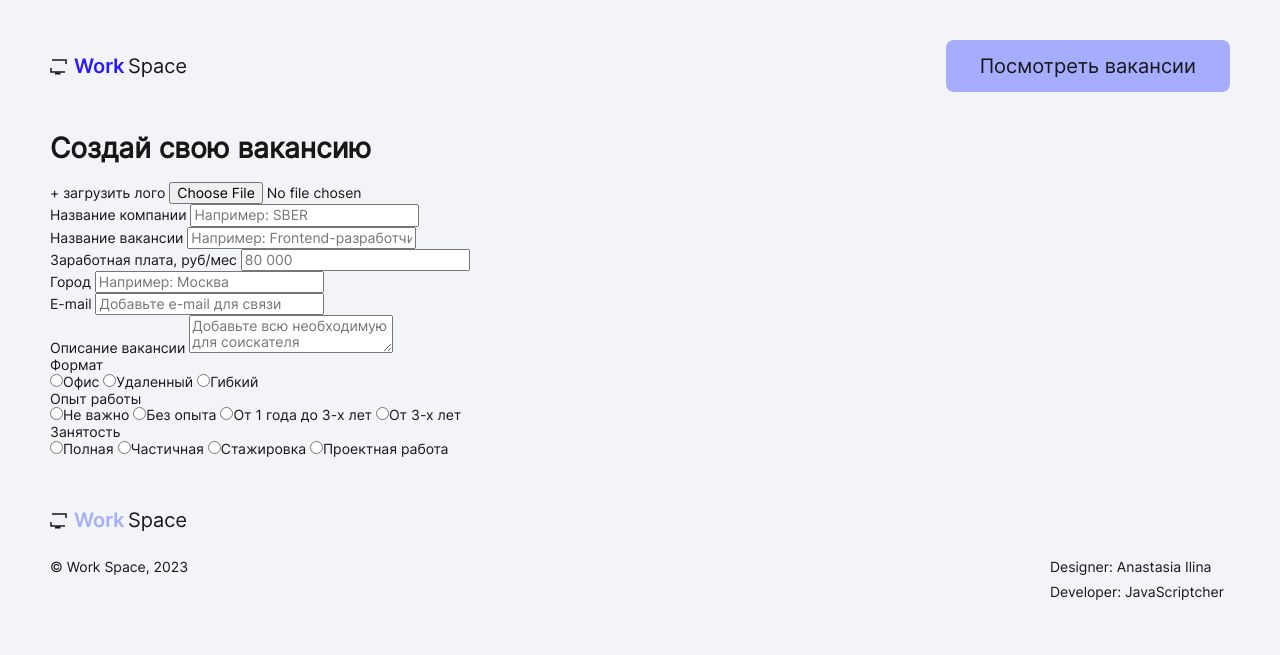
Repository: alexboagreek/workspace_js
Page: employer.html
These files come from the project's save history. The page is drawn as it stood at one moment and after a run of saves; the edit follows.
The browser window is 1280 px wide. The pictures show the whole page.

Above is the page before, as saved 2023-09-12 12:36:05.
Console error: TypeError: Cannot read properties of null (reading 'addEventListener')

### employer.html
<!DOCTYPE html>
<html lang="ru">
  <head>
    <meta charset="UTF-8" />
    <meta name="viewport" content="width=device-width, initial-scale=1.0" />
    <title>Workspace - добавить вакансию</title>

    <link rel="stylesheet" href="index.css" />

    <script src="js/choices.min.js" defer></script>
    <script src="js/script.js" defer></script>
  </head>

  <body>
    <header class="header">
      <div class="container header__container">
        <img class="header__logo" src="img/logo.svg" alt="Логитип WorkSpace" />

        <a class="header__link" href="#vacancies">Посмотреть вакансии</a>
      </div>
    </header>

    <main>
      <section class="employer">
        <div class="container">
          <h1 class="employer__title">Создай свою вакансию</h1>

          <form class="employer__form">
            <div class="employer__file file">
              <div class="file__wrap-preview">
                <img src="#" alt="" class="file__preview" />
              </div>

              <div class="file__wrap-btn">
                <label for="logo" class="file__label"> + загрузить лого </label>
                <input
                  name="logo"
                  type="file"
                  class="file__input"
                  id="logo"
                  accept="image/png, image/jpeg"
                />
              </div>

              <fieldset class="employer__fildset">
                <div class="employer__wrap-input">
                  <label class="employer__label" for="company"
                    >Название компании</label
                  >

                  <input
                    type="text"
                    class="employer__input"
                    id="company"
                    name="company"
                    placeholder="Например: SBER"
                  />
                </div>
              </fieldset>

              <fieldset class="employer__fieldset-input">
                <div class="employer__wrap-input">
                  <label class="employer__label" for="title"
                    >Название вакансии</label
                  >

                  <input
                    type="text"
                    class="employer__input"
                    id="title"
                    name="title"
                    placeholder="Например: Frontend-разработчик"
                  />
                </div>
              </fieldset>

              <fieldset class="employer__fildset">
                <div class="employer__wrap-input">
                  <label class="employer__label" for="salary"
                    >Заработная плата, руб/мес</label
                  >

                  <input
                    type="number"
                    class="employer__input"
                    id="salary"
                    name="salary"
                    placeholder="80 000"
                  />
                </div>
              </fieldset>

              <fieldset class="employer__fildset">
                <div class="employer__wrap-input">
                  <label class="employer__label" for="location">Город</label>

                  <input
                    type="text"
                    class="employer__input"
                    id="location"
                    name="location"
                    placeholder="Например: Москва"
                  />
                </div>
              </fieldset>

              <fieldset class="employer__fildset">
                <div class="employer__wrap-input">
                  <label class="employer__label" for="email">E-mail</label>

                  <input
                    type="email"
                    class="employer__input"
                    id="email"
                    name="email"
                    placeholder="Добавьте e-mail для связи"
                  />
                </div>
              </fieldset>
            </div>

            <fieldset class="employer__fieldset-textarea">
              <label class="employer__label" for="description"
                >Описание вакансии</label
              >

              <textarea
                class="employer__textarea"
                name="description"
                id="description"
                placeholder="Добавьте всю необходимую для соискателя информацию"
              ></textarea>
            </fieldset>

            <div class="employer__radio-buttons">
              <fieldset class="employer__fieldset-radio">
                <legend class="employer__legend">Формат</legend>

                <label class="employer__label-radio radio">
                  <input
                    type="radio"
                    class="radio__input"
                    name="format"
                    value="Офис"
                  />Офис
                </label>

                <label class="employer__label-radio radio">
                  <input
                    type="radio"
                    class="radio__input"
                    name="format"
                    value="Удаленный"
                  />Удаленный
                </label>

                <label class="employer__label-radio radio">
                  <input
                    type="radio"
                    class="radio__input"
                    name="format"
                    value="Гибкий"
                  />Гибкий
                </label>
              </fieldset>

              <fieldset class="employer__fieldset-radio">
                <legend class="employer__legend">Опыт работы</legend>

                <label class="employer__label-radio radio">
                  <input
                    type="radio"
                    class="radio__input"
                    name="experience"
                    value="Не важно"
                  />Не важно
                </label>

                <label class="employer__label-radio radio">
                  <input
                    type="radio"
                    class="radio__input"
                    name="experience"
                    value="Без опыта"
                  />Без опыта
                </label>

                <label class="employer__label-radio radio">
                  <input
                    type="radio"
                    class="radio__input"
                    name="experience"
                    value="От 1 года до 3-х лет"
                  />От 1 года до 3-х лет
                </label>

                <label class="employer__label-radio radio">
                  <input
                    type="radio"
                    class="radio__input"
                    name="experience"
                    value="От 3-х лет"
                  />От 3-х лет
                </label>
              </fieldset>

              <fieldset class="employer__fieldset-radio">
                <legend class="employer__legend">Занятость</legend>

                <label class="employer__label-radio radio">
                  <input
                    type="radio"
                    class="radio__input"
                    name="type"
                    value="Полная"
                  />Полная
                </label>

                <label class="employer__label-radio radio">
                  <input
                    type="radio"
                    class="radio__input"
                    name="type"
                    value="Частичная"
                  />Частичная
                </label>

                <label class="employer__label-radio radio">
                  <input
                    type="radio"
                    class="radio__input"
                    name="type"
                    value="Стажировка"
                  />Стажировка
                </label>

                <label class="employer__label-radio radio">
                  <input
                    type="radio"
                    class="radio__input"
                    name="type"
                    value="Проектная работа"
                  />Проектная работа
                </label>
              </fieldset>
            </div>
          </form>
        </div>
      </section>
    </main>

    <footer class="footer">
      <div class="container footer__container">
        <img
          class="footer__logo"
          src="img/logo-footer.svg"
          alt="Логотип WorkSpace"
        />

        <p class="footer__copyright">© Work Space, 2023</p>

        <ul class="footer__contacts">
          <li class="footer__contact">
            Designer:
            <a class="footer__link" href="#">Anastasia Ilina</a>
          </li>
          <li class="footer__contact">
            Developer:
            <a class="footer__link" href="#">JavaScriptcher</a>
          </li>
        </ul>
      </div>
    </footer>
  </body>
</html>

### index.css
@import "style/normalize.css";
@import "style/choices.min.css";
@import "style/style.css";
@import "style/header.css";
@import "style/hero.css";
@import "style/vacancies.css";
@import "style/filter.css";
@import "style/choices.css";
@import "style/checkbox.css";
@import "style/cards.css";
@import "style/vacancy.css";
@import "style/footer.css";
@import "style/modal.css";
@import "style/detail.css";

### style/style.css
@font-face {
  font-family: Inter;
  font-weight: 400;
  src: url("../fonts/inter-regular.woff2") format("woff2"),
    url("../fonts/inter-regular.woff") format("woff");
}

html {
  scroll-behavior: smooth;
  position: relative;
  box-sizing: border-box;
}

*,
*:before,
*:after {
  box-sizing: inherit;
}

body {
  min-width: 320px;
  min-height: 100vh;
  font-family: Inter, sans-serif;
  font-size: 14px;
  color: #171717;
  background-color: #f3f4f8;
  line-height: 1.2;
}

img,
svg {
  max-width: 100%;
  max-height: 100%;
  height: auto;
}

button {
  padding: 0;
  border: 0;
  cursor: pointer;
  background-color: transparent;
}

a {
  text-decoration: none;
  color: inherit;
}

ul {
  padding: 0;
  margin: 0;
  list-style: none;
}

h1,
h2,
h3,
p {
  margin: 0;
}

fieldset {
  padding: 0;
  margin: 0;
  border: 0;
}

.visually-hidden {
  position: fixed;
  transform: scale(0);
}

.container {
  --width: 1180px;
  --padding: 30px;
  max-width: calc(var(--width) + var(--padding) * 2);
  margin: 0 auto;
  padding: 0 var(--padding);
}

.blue-text {
  color: #2a18ff;
}

@media (max-width: 1140px) {
  .container {
    --width: 880px;
  }
}

@media (max-width: 940px) {
  .container {
    --width: 680px;
  }
}

@media (max-width: 640px) {
  .container {
    --padding: 15px;
  }
}

### style/header.css
.header {
  padding: 40px 0;
}

.header__container {
  display: flex;
  align-items: center;
  justify-content: space-between;
}

.header__link {
  padding: 12px 32px;
  border-radius: 8px;
  background-color: #a6adff;
  font-size: 20px;
  border: 2px solid transparent;
  transition-property: color, background-color;
  transition-duration: 0.2s;
  transition-timing-function: ease-in-out;
}

.header__link:focus-visible {
  border-color: #4f58be;
}

.header__link:hover {
  color: #fff;
  background-color: #2a18ff;
}

@media (max-width: 1140px) {
  .header {
    padding: 32px 0 40px;
  }
}

@media (max-width: 940px) {
  .header {
    padding: 24px 0 30px;
  }

  .header__link {
    padding: 8px 23px;
    font-size: 14px;
  }
}

@media (max-width: 640px) {
  .header {
    padding: 24px 0 20px;
  }

  .header__link {
    display: none;
  }
}

### style/hero.css
.hero {
  padding: 60px 0 50px;
}

.hero__container {
  position: relative;
  padding-top: 57px;
  padding-bottom: 57px;
}

.hero__container:after {
  content: "";
  position: absolute;
  right: -9px;
  top: 0;
  bottom: 0;
  width: 421px;
  background: url("../img/laptop.png") no-repeat center/contain;
}

.hero__title {
  position: relative;
  z-index: 2;
  max-width: 780px;
  font-size: 90px;
  letter-spacing: 1.8px;
  text-transform: uppercase;
}

@media (max-width: 1140px) {
  .hero {
    padding: 40px 0;
  }

  .hero__container {
    padding-top: 53px;
    padding-bottom: 53px;
  }

  .hero__container:after {
    width: 340px;
  }

  .hero__title {
    max-width: 580px;
    font-size: 64px;
    letter-spacing: 1.28px;
  }
}

@media (max-width: 940px) {
  .hero {
    padding: 30px 0;
  }

  .hero__container {
    padding-top: 40px;
    padding-bottom: 40px;
  }

  .hero__container:after {
    width: 269px;
  }

  .hero__title {
    max-width: 450px;
    font-size: 52px;
    letter-spacing: 1.04px;
  }
}

@media (max-width: 640px) {
  .hero {
    padding-top: 20px;
    padding-bottom: 10px;
  }

  .hero__container {
    padding-top: 0;
    padding-bottom: 234px;
  }

  .hero__title {
    max-width: 290px;
    text-align: center;
    margin: 0 auto;
    font-size: 32px;
  }

  .hero__container:after {
    right: auto;
    top: auto;
    height: 269px;
    left: 50%;
    transform: translateX(-50%);
    background-position: bottom;
  }
}

### style/vacancies.css
.vacancies {
  padding: 50px 0;
}

.vacancies__container {
  display: flex;
  align-items: start;
  gap: 24px 20px;
}

.vacancies__filter-btn {
  display: none;
}

.vacancies__filter {
  flex: 0 0 280px;
}

.vacancies__cards {
  flex-basis: 100%;
}

@media (max-width: 1140px) {
  .vacancies {
    padding: 40px 0;
  }
}

@media (max-width: 940px) {
  .vacancies {
    padding: 30px 0;
  }

  .vacancies__container {
    flex-direction: column;
    row-gap: 0;
  }

  .vacancies__filter-btn {
    display: flex;
    align-items: center;
    margin-bottom: 24px;
    transition-property: margin-bottom, color;
    transition-duration: 0.2s, 0.3s;
    transition-timing-function: ease-in-out;
    transition-delay: 0.2s, 0s;
    color: #2a18ff;
    line-height: 20px;
  }

  .vacancies__filter-btn:hover:not(:focus) {
    color: #a6adff;
  }

  .vacancies__filter-btn-arrow {
    position: relative;
    top: -2px;
    display: block;
    width: 20px;
    height: 20px;
  }

  .vacancies__filter-btn_active {
    margin-bottom: 32px;
    transition-delay: 0s;
  }

  .vacancies__filter-btn_active .vacancies__filter-btn-arrow {
    transform: rotate(180deg);
    top: 2px;
  }

  .vacancies__filter {
    width: 100%;
    flex-basis: auto;
    height: 0;
    overflow: hidden;
    transition: height 0.4s ease-in-out;
  }

  .vacancies__filter_active {
    height: auto;
    margin-bottom: 40px;
  }

  .vacancies__cards {
    width: 100%;
  }
}

@media (max-width: 640px) {
  .vacancies__filter-btn_active {
    margin-bottom: 24px;
  }
}

### style/filter.css
.filter {
  position: relative;
}

.filter__reset {
  position: absolute;
  top: 7px;
  right: 0;
  color: #ccc;
}

.filter__title {
  font-size: 20px;
  font-weight: 400;
  margin-bottom: 32px;
}

.filter__form {
  display: flex;
  flex-direction: column;
  gap: 32px;
}

.filter__fieldset {
  display: flex;
  flex-direction: column;
  align-items: start;
}

.filter__legend {
  margin-bottom: 12px;
}

.filter__select {
  width: 100%;
}

.filter__range {
  display: flex;
  align-items: center;
  justify-content: space-between;
  gap: 10px;
}

.filter__label:not(:last-child) {
  margin-bottom: 8px;
}

.filter__input {
  flex: 1 1 50%;
  width: 100%;
  padding: 0 16px;
  height: 32px;
  border: 0;
}

.filter__input::placeholder {
  color: #ccc;
}

.filter__checkboxes {
  display: flex;
  flex-direction: column;
  gap: 32px;
}

.filter__button {
  padding: 8px 24px;
  border-radius: 4px;
  background-color: #a6adff;
  border: 2px solid transparent;
  transition-property: color, background-color;
  transition-duration: 0.2s;
  transition-timing-function: ease-in-out;
}

.filter__button:focus-visible {
  border-color: #4f58be;
}

.filter__button:hover {
  color: #fff;
  background-color: #2a18ff;
}

@media (max-width: 940px) {
  .filter__title {
    position: fixed;
    transform: scale(0);
  }

  .filter__input {
    max-width: 140px;
  }

  .filter__checkboxes {
    display: grid;
    grid-template-columns: repeat(auto-fit, minmax(180px, 1fr));
    gap: 24px 70px;
  }

  .filter__buttons {
    display: flex;
    gap: 16px;
    align-items: center;
  }

  .filter__reset {
    position: static;
  }
}

### style/choices.css
.choices {
  width: 100%;
}

.choices__inner {
  background-color: #fff;
  padding: 6px 16px;
  min-height: 32px;
  border: 0;
}

.choices__list--single {
  padding: 0;
}

.choices[data-type*="select-one"]::after {
  width: 20px;
  height: 20px;
  background: url("../img/arrow.svg") no-repeat center/contain;
  border: 0;
  top: 6px;
  right: 16px;
  margin-top: 0;
}

.choices[data-type*="select-one"].is-open::after {
  transform: rotate(180deg);
  margin-top: 0;
}

### style/checkbox.css
.checkbox {
  position: relative;
  display: block;
  line-height: 20px;
  padding-left: 28px;
}

.checkbox__input {
  -webkit-appearance: none;
  -moz-appearance: none;
  appearance: none;
  position: absolute;
  width: 20px;
  height: 20px;
  left: 0;
  top: 0;
  bottom: 0;
  background-color: #fff;
  border-radius: 4px;
}

.checkbox__input:after {
  content: "";
  position: absolute;
  inset: 0;
  display: block;
  background: url("../img/check.svg") no-repeat center;
  opacity: 0;
  transition: opacity 0.2s ease-in-out;
}

.checkbox__input:checked:after {
  opacity: 1;
}

.checkbox__input:focus-visible {
  outline: none;
  box-shadow: 0px 2px 10px rgba(0, 0, 0, 0.25);
}

.checkbox__input:hover:not(:disabled) {
  box-shadow: 0px 2px 10px rgba(166, 173, 255, 0.55);
}

.checkbox__input:disabled {
  background-color: #ccc;
}

### style/cards.css
.cards__list {
  display: grid;
  grid-template-columns: repeat(auto-fit, minmax(280px, 1fr));
  gap: 20px;
}

@media (max-width: 940px) {
  .cards__list {
    grid-template-columns: repeat(auto-fit, minmax(220px, 1fr));
    gap: 10px;
  }
}

### style/vacancy.css
.vacancy {
  border-radius: 16px;
  background-color: #fff;
  padding: 16px;
  height: 100%;
  cursor: pointer;
  outline: none;
  border: 2px solid transparent;
}

.vacancy:hover {
  background-color: #f9faff;
}

.vacancy:focus-visible {
  border-color: #a6adff;
}

.vacancy__img {
  max-height: 44px;
  margin-bottom: 12px;
  display: block;
}

.vacancy__company {
  font-size: 20px;
  margin-bottom: 8px;
}

.vacancy__title {
  display: inline-block;
  padding: 3px 5px;
  font-size: 14px;
  font-weight: 400;
  border-radius: 4px;
  background-color: #eaecff;
  margin-bottom: 8px;
}

.vacancy__field {
  color: #ccc;
}

### style/footer.css
.footer {
  padding: 50px 0 40px;
}

.footer__container {
  display: grid;
  gap: 27px;
  grid-template-areas:
    "logo ."
    "copyright contacts";
}

.footer__logo {
  grid-area: logo;
}

.footer__copyright {
  grid-area: copyright;
}

.footer__contacts {
  grid-area: contacts;
  justify-self: end;
  min-width: 180px;
}

.footer__contact {
  margin-bottom: 8px;
}

.footer__contact:last-child {
  margin-bottom: 0;
}

.footer__link:hover {
  color: brown;
}

@media (max-width: 1140px) {
  .footer {
    padding: 40px 0 32px;
  }
}

@media (max-width: 940px) {
  .footer {
    padding: 30px 0 24px;
  }
}

@media (max-width: 640px) {
  .footer {
    padding-top: 20px;
  }

  .footer__container {
    grid-template-areas:
      "logo"
      "copyright"
      "contacts";
  }

  .footer__contacts {
    justify-self: start;
  }
}

### style/modal.css
.modal {
  position: fixed;
  z-index: 10;
  inset: 0;
  background-color: rgba(0, 0, 0, 0.5);
  cursor: pointer;
  padding: 30px;
  overflow-y: auto;
  display: flex;
}

.modal__main {
  position: relative;
  margin: auto;
  cursor: default;
}

.modal__close {
  background-color: transparent;
  border: none;
  cursor: pointer;
  position: absolute;
  top: 12px;
  right: 12px;
  padding: 0;
  line-height: 0;
  outline: 1px solid transparent;
  border-radius: 3px;
}

.modal__close:focus-visible {
  outline-color: gray;
}

@media (max-width: 640px) {
  .modal {
    padding: 30px 15px;
  }
}

### style/detail.css
.detail {
  max-width: 780px;
  border-radius: 16px;
  box-shadow: 0px 10px 50px 0px rgba(4, 0, 49, 0.1);
  background: #fff url("../img/likemen.png") no-repeat bottom right;
  background-size: 150px;
  padding: 36px 36px 80px;
}

.detail__header {
  display: grid;
  grid-template-columns: 101px 1fr;
  gap: 12px 20px;
  margin-bottom: 32px;
}

.detail__logo {
  width: 100%;
  max-height: 101px;
  grid-row: 1 / 3;
  align-self: center;
  justify-self: start;
}

.detail__company {
  font-size: 32px;
  letter-spacing: 0.64px;
  align-self: end;
  justify-self: start;
}

.detail__title {
  font-size: 20px;
  font-weight: 400;
  align-self: start;
  justify-self: start;
  border-radius: 4px;
  background-color: #eaecff;
  padding: 5px 10px;
}

.detail__main {
  display: flex;
  gap: 20px;
  margin-bottom: 32px;
}

.detail__description {
  max-width: 465px;
  line-height: 1.4;
}

.detail__fields {
  display: flex;
  flex-direction: column;
  align-items: start;
  gap: 4px;
}

.detail__field {
  padding: 3px 10px;
  border-radius: 30px;
  background-color: #eaecff;
}

.detail__resume {
  line-height: 1.4;
}

@media (max-width: 940px) {
  .detail {
    max-width: 680px;
    padding: 24px 24px 72px;
  }

  .detail__main {
    gap: 10px;
  }

  .detail__description {
    max-width: 418px;
  }
}

@media (max-width: 640px) {
  .detail {
    padding: 24px 15px;
    background-image: none;
  }

  .detail__header {
    grid-template-columns: 60px 1fr;
    gap: 4px 8px;
    margin-bottom: 24px;
  }

  .detail__company {
    font-size: 20px;
    letter-spacing: 0.4px;
  }

  .detail__title {
    font-size: 12px;
  }

  .detail__main {
    flex-direction: column;
    gap: 24px;
    margin-bottom: 24px;
  }

  .detail__description {
    max-width: 100%;
  }
}

Loaded but not shown: js/choices.min.js (library); style/normalize.css (library); style/choices.min.css (library); js/script.js (300 lines, source omitted)

After the next 3 saves:
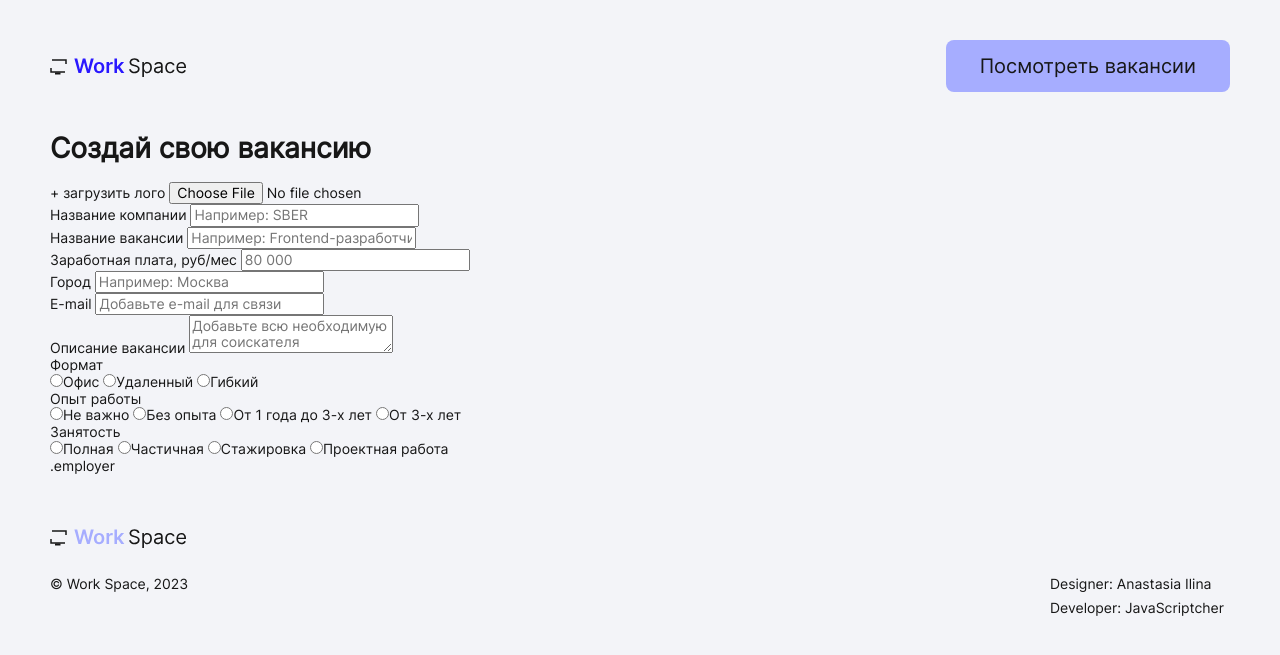
The 3 saves are shown as one change because they came seconds apart.
The last was saved 22 min 3 s later.
--- a/employer.html
+++ b/employer.html
@@ -244,6 +244,8 @@
                 </label>
               </fieldset>
             </div>
+
+            .employer
           </form>
         </div>
       </section>

After the 2 saves that followed:
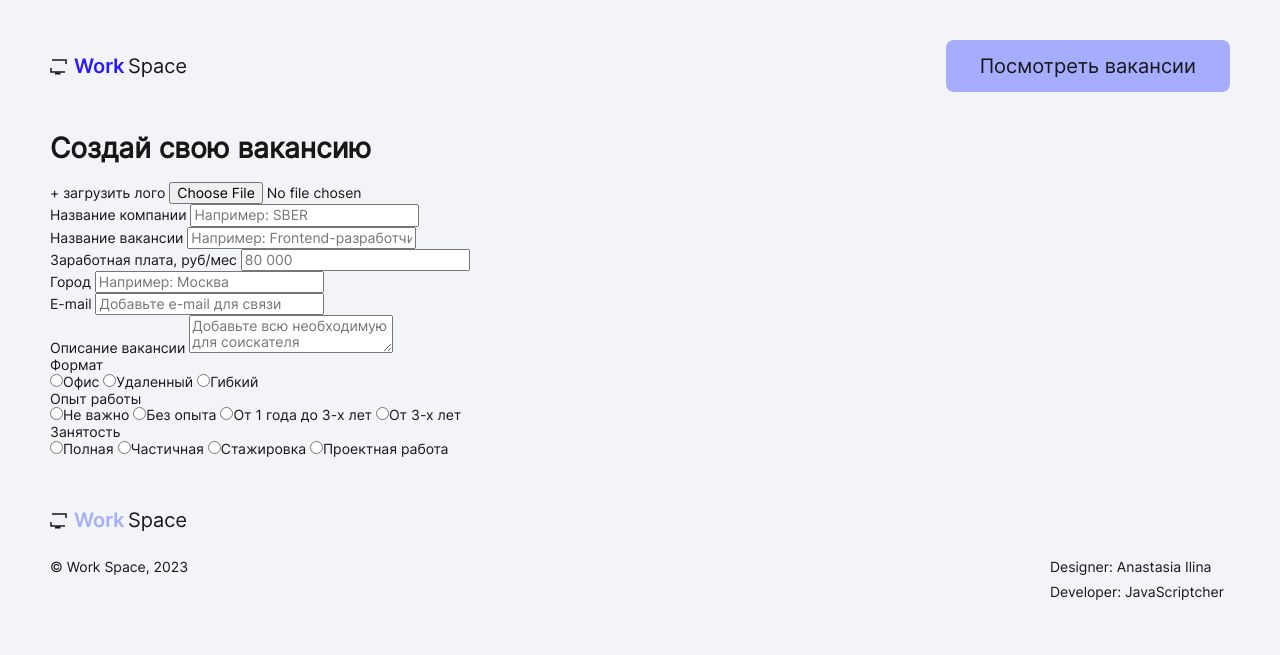
The 2 saves are shown as one change because they came seconds apart.
The last was saved 9 s later.
--- a/employer.html
+++ b/employer.html
@@ -245,7 +245,7 @@
               </fieldset>
             </div>
 
-            .employer
+            <div class="employer__wrap-submit"></div>
           </form>
         </div>
       </section>
